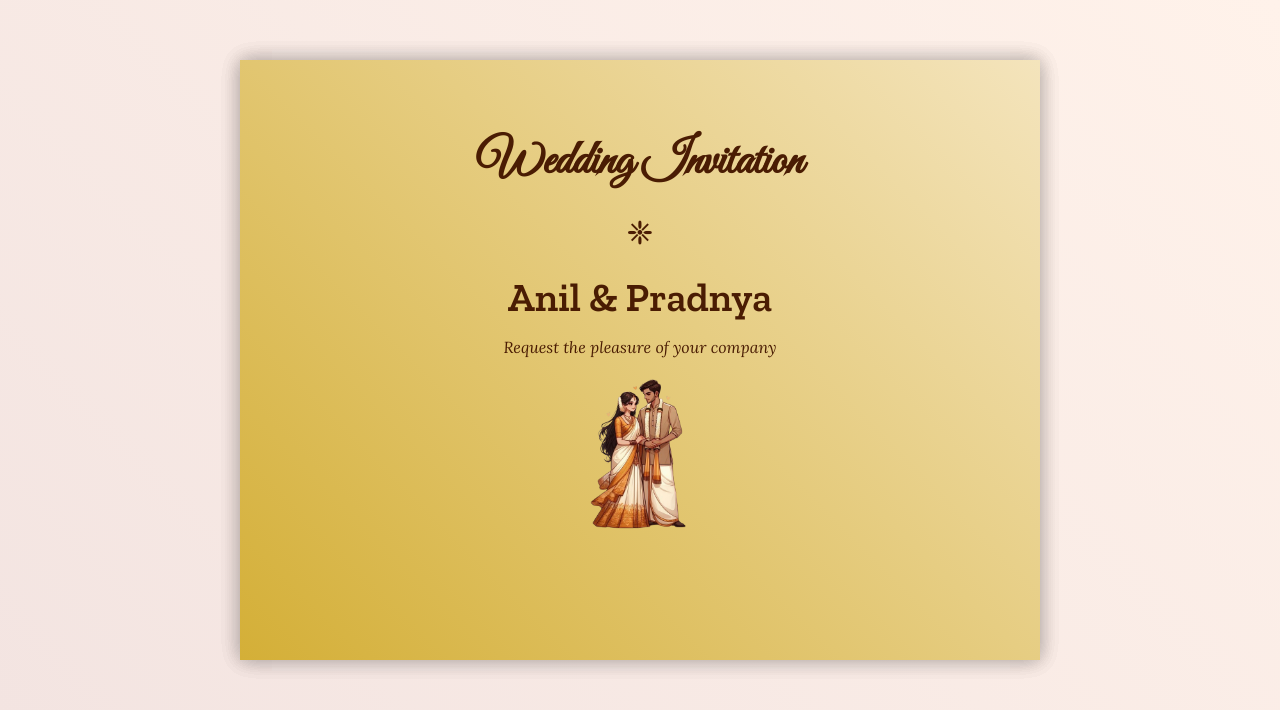
Repository: abhibkop27/finalwedding
Page: index.html
The author's editor kept a copy of each file at every save. The page is drawn from the files as they stood at one save, then again after the next save.
The browser window is 1280 px wide. The pictures show the whole page.

Above is the page before, as saved 2025-02-17 13:21:18.

### index.html
<!DOCTYPE html>
<html lang="en">
<head>
    <meta charset="UTF-8">
    <meta name="viewport" content="width=device-width, initial-scale=1.0">
    <title>Wedding Invitation</title>
    <link rel="stylesheet" href="style.css">
    <link href="https://fonts.googleapis.com/css2?family=Great+Vibes&family=Lora:ital@1&display=swap" rel="stylesheet">
</head>
<body>
    <div class="book">

        <div class="page cover active">
            <div class="content">
                <h1>Wedding Invitation</h1>
                <div class="ornament">❈</div>
                <h2 class="main-name">Anil & Pradnya</h2>
                <p>Request the pleasure of your company</p>
                <img src="./asstes/pics/Wedding_Couple_Photos_Cartoon-removebg-preview.png" alt="wedding" style="height: 10rem;">
            </div>
        </div>


        <div class="page">
            <div class="content">
                <h2>The Wedding Ceremony</h2>
                <p class="date">February  20, 2025</p>
                <p class="time">12:21 PM Onwards</p>
                <div class="venue">
                    <h3>Venue</h3>
                    <p>Reshimgathi Sanskrutik Bhavan</p>
                    <a href="https://maps.app.goo.gl/dHfJvonCVZ4RNg2w9" target="_blank" class="map-link">View Location</a>
                </div>
            </div>
        </div>

        <div class="page" >
            <div class="content">
                <h2>With the Blessings of</h2>
                <div class="family-details">
                    <div class="family-grid">
                        <div class="family-section">
                            <h3>Bride's Parents</h3>
                            <p class="elder-name">Shri Laxman Pargondda Devaki</p>
                            <p class="elder-name">Smt. Baslingvva Laxman Devaki</p>
                            <p class="relation">(Parents of the Bride)</p>
                        </div>
                        <div class="ornament">❈</div>

                        <div class="family-section">
                            <h3>Groom's Parents</h3>
                            <p class="elder-name">Shri Prakash Ghate</p>
                            <p class="elder-name">Smt. Jayshree Prakash Ghate</p>
                            <p class="relation">(Parents of the Groom)</p>
                        </div>
                    </div>



                </div>
            </div>
        </div>

        <div class="page">
            <div class="content">
                <h2>A Celebration of Love</h2>
                <form id="rsvpForm">
                    <!-- <input type="text" placeholder="Your Name" required>
                    <input type="number" placeholder="Number of Guests" required>
                    <button type="submit">Confirm Attendance</button> -->
                    <p>
                        "With the blessings of our families,
we invite you to join us in the celebration of our wedding.
Your presence will be our most cherished gift.
We look forward to your love and blessings."


                    </p>
                </form>
            </div>
        </div>
    </div>

    <!-- <div class="navigation">
        <button id="prevBtn" class="nav-button" disabled>Previous</button>
        <button id="nextBtn" class="nav-button">Next</button>
    </div> -->


</body>
</html>

### style.css
@font-face {
    font-family: 'zilla';
    src: url('./asstes/fonts/Zilla_Slab/ZillaSlab-SemiBold.ttf') format('truetype');
  }

  .main-name{
    font-family: 'zilla';
  }



body {
    margin: 0;
    padding: 0;
    min-height: 100vh;
    display: flex;
    justify-content: center;
    align-items: center;
    background: linear-gradient(45deg, #f3e4e1, #fff2ea);
    font-family: 'Lora', serif;
    scroll-behavior: smooth;
}

.book {
    width: 90%;
    max-width: 800px;
    height: 600px;
    position: relative;
    perspective: 1500px;
}

.page {
    position: absolute;
    width: 100%;
    height: 100%;
    background: #fff;
    transform-origin: left;
    transition: transform 0.6s, opacity 0.6s;
    box-shadow: 0 0 20px rgba(0,0,0,0.1);
    padding: 20px;
    box-sizing: border-box;
    /* opacity: 0; */
    pointer-events: none;
}

.page.active {
    opacity: 1;
    pointer-events: all;
    z-index: 1;
}

.cover {
    background: linear-gradient(45deg, #d4af37, #f4e4bc);
    color: #4a1c03;
}

.content {
    padding: 20px;
    text-align: center;
}

h1 {
    font-family: 'Great Vibes', cursive;
    font-size: 3em;
    color: #4a1c03;
    margin-bottom: 20px;
}

h2 {
    font-family: 'Great Vibes', cursive;
    font-size: 2.5em;
    color: #4a1c03;
    margin: 15px 0;
}

.ornament {
    font-size: 2em;
    color: #4a1c03;
    margin: 20px 0;
}

.date, .time {
    font-size: 1.2em;
    color: #666;
    margin: 10px 0;
}

.venue {
    margin: 30px 0;
    padding: 20px;
    border: 1px solid #d4af37;
    border-radius: 10px;
}

.map-link {
    display: inline-block;
    margin-top: 15px;
    padding: 10px 20px;
    background: #d4af37;
    color: white;
    text-decoration: none;
    border-radius: 5px;
    transition: background 0.3s;
}

.map-link:hover {
    background: #b38f28;
}

.events {
    display: flex;
    flex-direction: column;
    gap: 20px;
}

.event {
    padding: 15px;
    border: 1px solid #d4af37;
    border-radius: 8px;
}

form {
    display: flex;
    flex-direction: column;
    gap: 15px;
    max-width: 300px;
    margin: 0 auto;
}

input {
    padding: 10px;
    border: 1px solid #d4af37;
    border-radius: 5px;
}

button {
    padding: 10px 20px;
    background: #d4af37;
    color: white;
    border: none;
    border-radius: 5px;
    cursor: pointer;
    transition: background 0.3s;
}

button:hover {
    background: #b38f28;
}

.navigation {
    position: fixed;
    bottom: 20px;
    left: 50%;
    transform: translateX(-50%);
    display: flex;
    gap: 20px;
    z-index: 2;
}

.nav-button {
    padding: 10px 20px;
    background: #d4af37;
    color: white;
    border: none;
    border-radius: 5px;
    cursor: pointer;
    transition: background 0.3s;
}

.nav-button:disabled {
    background: #ccc;
    cursor: not-allowed;
}

@media (max-width: 768px) {
    body {
        align-items: flex-start;
        padding: 20px 0;
        background-attachment: fixed;
    }

    .book {
        height: auto;
        perspective: none;
        display: flex;
        flex-direction: column;
        gap: 30px;
        padding-bottom: 80px;
    }

    .page {
        position: relative;
        height: auto;
        min-height: 500px;
        opacity: 1;
        pointer-events: all;
        transform: none !important;
        transition: none;
    }


    .page.active {
        opacity: 1;
        box-shadow: 0 0 30px rgba(0,0,0,0.2);
    }

    .navigation {
        position: fixed;
        bottom: 20px;
        background: rgba(255, 255, 255, 0.9);
        padding: 10px;
        border-radius: 10px;
        box-shadow: 0 2px 10px rgba(0,0,0,0.1);
    }

    .content {
        padding: 30px 20px;
    }

    h1 {
        font-size: 2.5em;
    }

    h2 {
        font-size: 2em;
    }
}

After the next save:
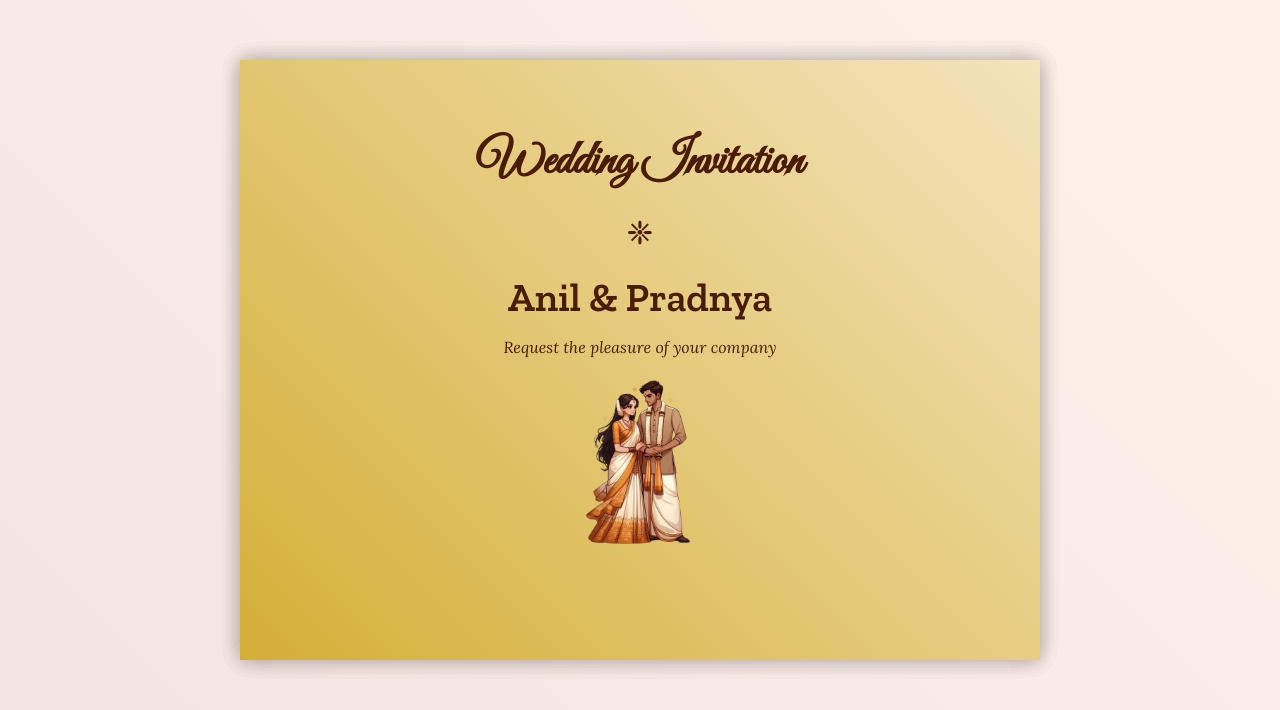
Saved 16 s later.
--- a/index.html
+++ b/index.html
@@ -16,7 +16,7 @@
                 <div class="ornament">❈</div>
                 <h2 class="main-name">Anil & Pradnya</h2>
                 <p>Request the pleasure of your company</p>
-                <img src="./asstes/pics/Wedding_Couple_Photos_Cartoon-removebg-preview.png" alt="wedding" style="height: 10rem;">
+                <img src="./asstes/pics/Wedding_Couple_Photos_Cartoon-removebg-preview.png" alt="wedding" style="height: 11rem;">
             </div>
         </div>
 
